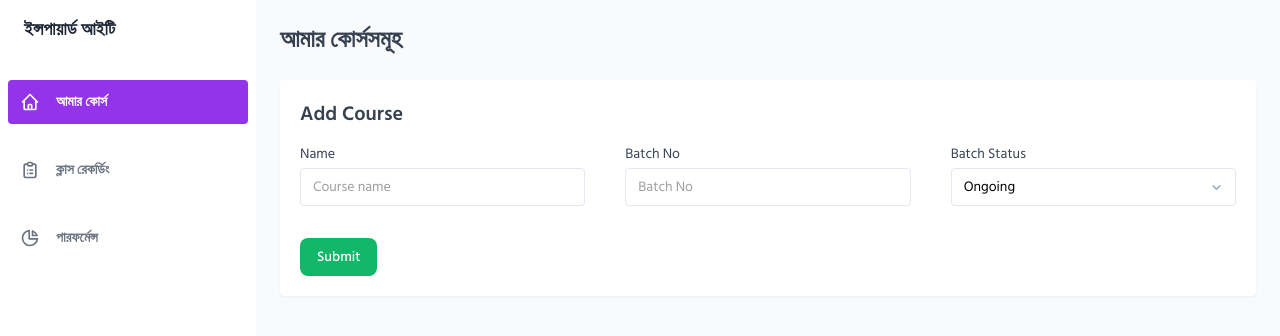
Repository: Ruddro420/student-manage-backend
Page: /dashboard
These files come from the project's save history. The page is drawn as it stood at one moment and after the next save; the edit follows.
The browser window is 1280 px wide. The pictures show the whole page.
The page's requests for data from a server got no answer. The project was rebuilt for these pictures with package versions that can differ from the ones it lists, and the page was loaded fresh each time. No one was signed in, and anything a server would have sent is missing. Also part of the build but not shown: vite.config.js, src/pages/Login/Login.jsx, src/pages/Module/AddRecording.jsx, src/lib/date.js, src/components/NoDataFound/NoDataFound.jsx, src/pages/Recording/LiveClass.jsx, src/pages/Recording/TabComponent.jsx, src/pages/Recording/Recording.jsx and 16 more.

Above is the page before, as saved 2025-02-10 00:20:18.

After the next save:
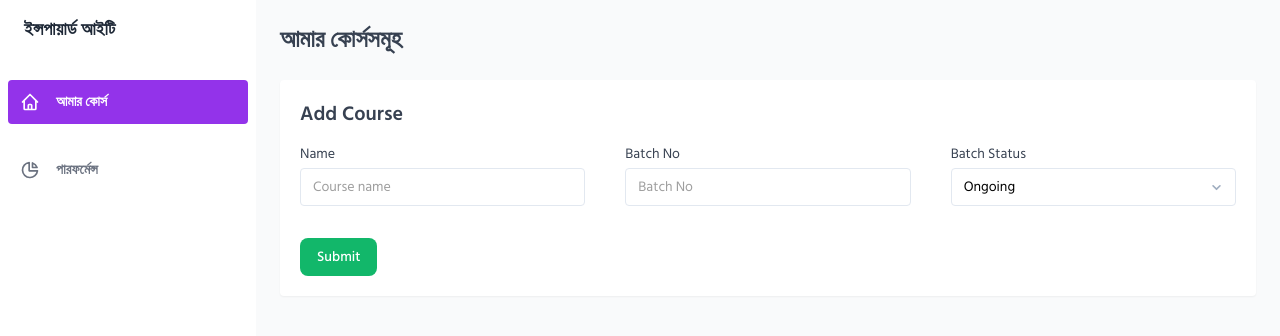
Saved 53 s later.
--- a/src/components/Sidebar/Sidebar.jsx
+++ b/src/components/Sidebar/Sidebar.jsx
@@ -38,7 +38,7 @@ const Sidebar = () => {
                             <span className="ml-4">আমার কোর্স</span>
                         </Link>
                     </li>
-                    <li className="relative px-2 py-3">
+                    {/* <li className="relative px-2 py-3">
                         <Link
                             className={`inline-flex items-center w-full text-sm font-semibold transition-colors duration-150  dark:hover:text-gray-200 p-3 ${activeTab === 1 ? 'bg-purple-600 text-white p-3 rounded' : ''}`}
                             onClick={() => setActiveTab(1)}
@@ -60,7 +60,7 @@ const Sidebar = () => {
                             </svg>
                             <span className="ml-4">ক্লাস রেকর্ডিং</span>
                         </Link>
-                    </li>
+                    </li> */}
                     {/*  <li className="relative px-2 py-3">
                         <Link
                             className={`inline-flex items-center w-full text-sm font-semibold transition-colors duration-150  dark:hover:text-gray-200 p-3 ${activeTab === 1 ? 'bg-purple-600 text-white p-3 rounded' : ''}`}
